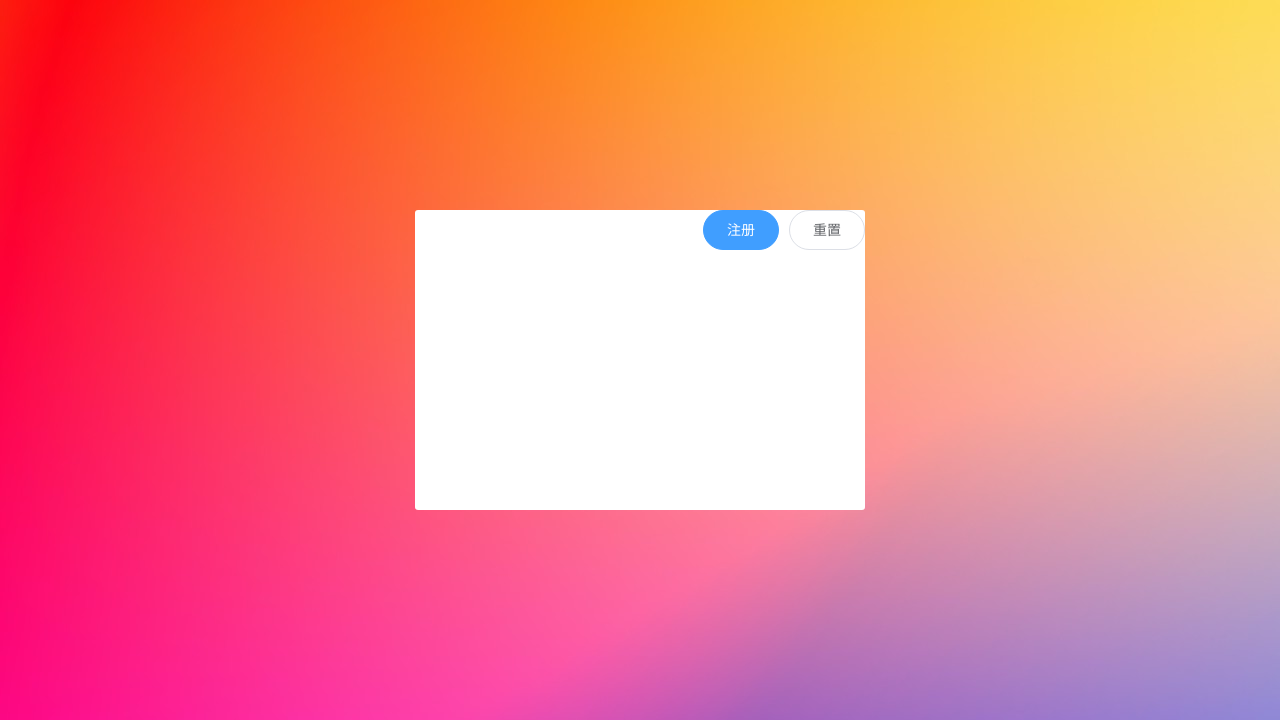
Repository: 280hhh/vote
Page: /#/register
An editor plug-in stored every save of this project. The page is shown before and after the next save, followed by the edit.
The browser window is 1280 px wide. The pictures show the whole page.
The project was rebuilt for these pictures with package versions that can differ from the ones it lists, and the page was loaded fresh each time. Also part of the build but not shown: src/components/login.vue, src/components/home.vue.

Above is the page before, as saved 2021-06-09 21:16:34.

### src/router/index.js
import Vue from 'vue'
import VueRouter from 'vue-router'
import Login from '../components/login.vue'
import '../assets/css/global.css'
import Home from '../components/home.vue'
import Register from '../components/register.vue'


Vue.use(VueRouter)

const routes = [
  {path:'/',redirect:'/login'},
  {path:'/login',component:Login},
  {path:'/home',component:Home},
  {path:'/register',component:Register}
]

const router = new VueRouter({
  routes
})

export default router

### src/assets/css/global.css
html,
body,
#app{
  height: 100%;
  margin: 0;
  padding: 0;
}

### src/components/register.vue
<template>
  <div class="register_container">
    <div class="register_box">
      <!-- 注册表单区域 -->
      <el-form ref="registerFormRef" :model="registerForm" label-width="80px" :rules="registerRules">
                <el-form-item label="用户名" prop="username">
                    <el-input v-model="registerForm.username"></el-input>
                </el-form-item>
                <el-form-item label="e-mail" prop="email">
                    <el-input v-model="registerForm.email"></el-input>
                </el-form-item>
                <el-form-item label="密码" prop="password">
                    <el-input v-model="registerForm.password" show-password></el-input>
                </el-form-item>
                <el-form-item label="确认密码" prop="checkPassword">
                    <el-input v-model="registerForm.checkPassword" show-password></el-input>
                </el-form-item>
                <el-form-item label="手机" prop="phoneNumber">
                    <el-input v-model="registerForm.phoneNumber"></el-input>
                </el-form-item>
                <el-form>
                <div class="btns">
                    <el-button type="primary" @click="onSubmit()" round>注册</el-button>
                    <el-button @click="resetForm()" round>重置</el-button>
                </div>
                </el-form>
            </el-form>
    </div>
  </div>
</template>

<script>
export default {
  data(){
    return{
      registerForm:{
        username:'',
        email:'',
        password:'',
        checkPassword:'',
        phoneNumber:''
      }
    }
  }
}
</script>

<style>
.register_container{
  background: url("../image/bg.jpg");
  height: 100%;
}
.register_box{
  height: 300px;
  width: 450px;
  background-color: #fff;
  border-radius: 3px;
  position: relative;
  left: 50%;
  top: 50%;
  transform: translate(-50%,-50%);
}
.register_form{
  position: absolute;
  bottom:0;
  width: 100%;
  padding: 0 20px;
  box-sizing: border-box;
}

.btns{
  display: flex;
  justify-content: flex-end;
}
</style>

Loaded but not shown: public/index.html (common file); src/main.js (common file); src/App.vue (common file); src/plugins/element.js (common file)

After the next save:
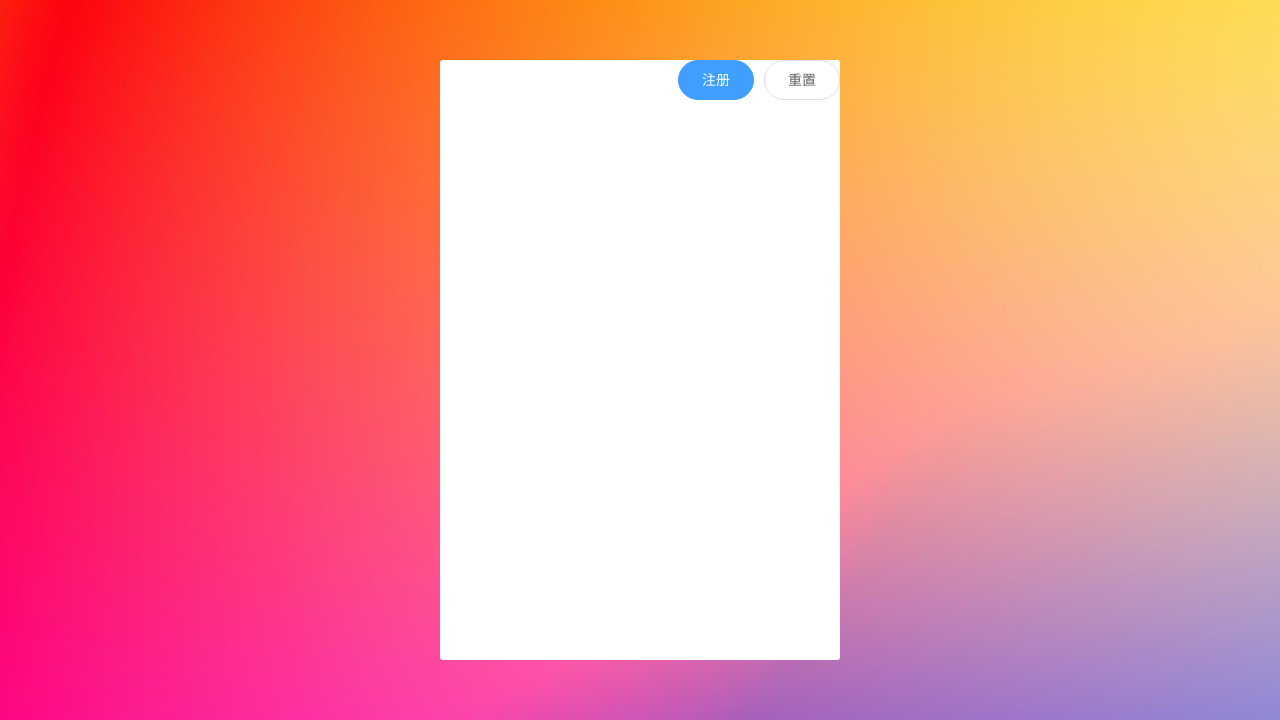
Saved 30 s later.
--- a/src/components/register.vue
+++ b/src/components/register.vue
@@ -51,8 +51,8 @@ export default {
   height: 100%;
 }
 .register_box{
-  height: 300px;
-  width: 450px;
+  height: 600px;
+  width: 400px;
   background-color: #fff;
   border-radius: 3px;
   position: relative;
